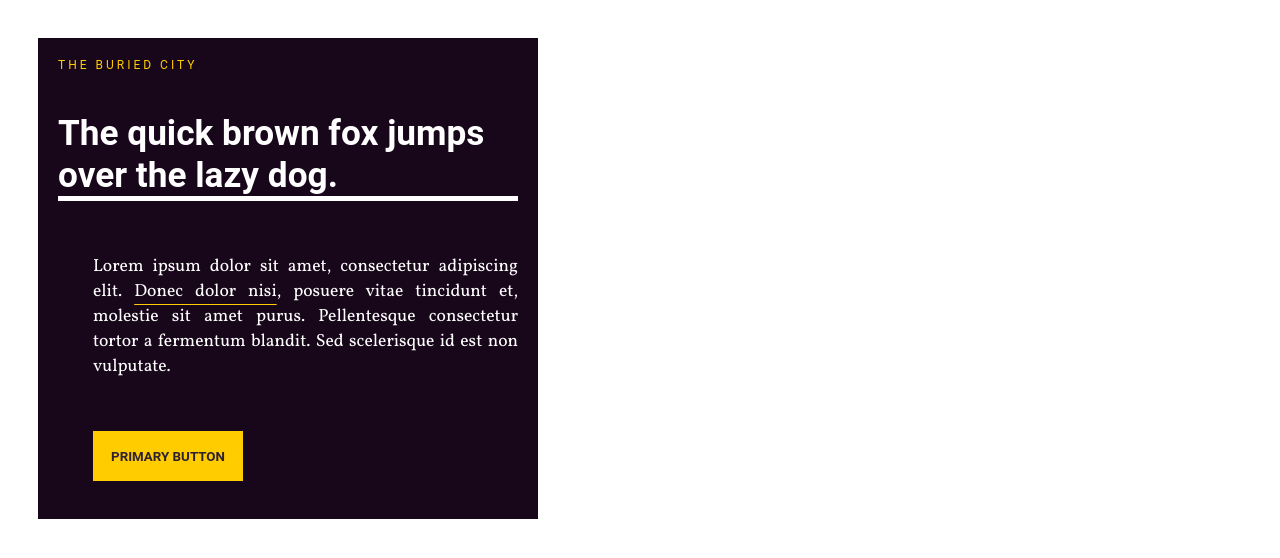
Repository: rafigabriel/TP2---Web-I
Page: ex03-css/index.html
The author's editor kept a copy of each file at every save. The page is drawn from the files as they stood at one save, then again after the next save.
The browser window is 1280 px wide. The pictures show the whole page.

Above is the page before, as saved 2024-09-09 18:17:37.

After the next save:
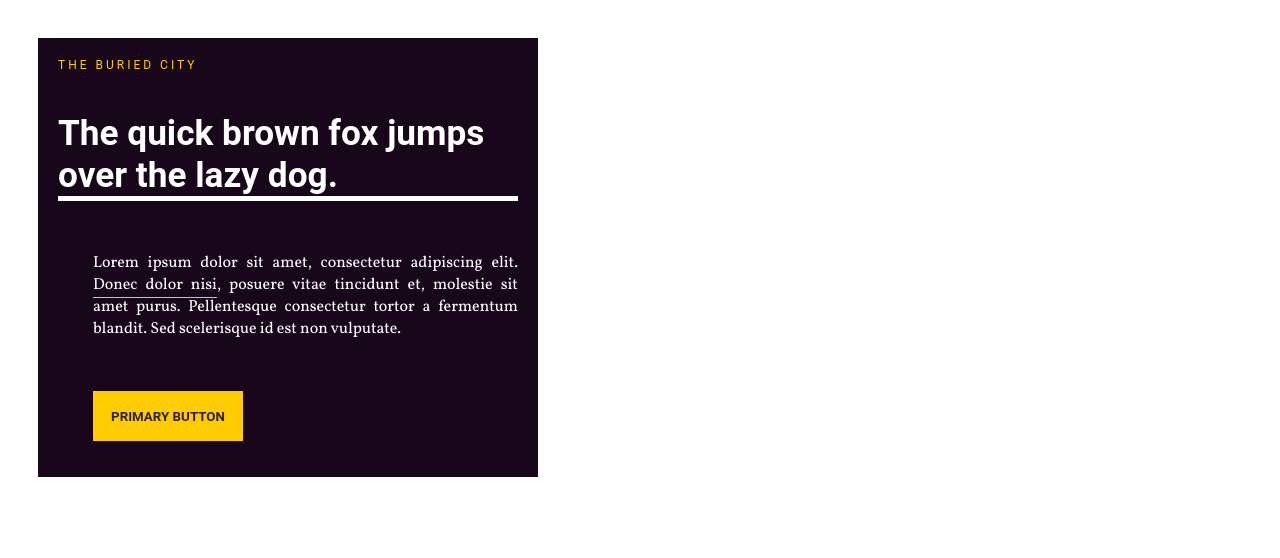
Saved 19 s later.
--- a/ex03-css/style.css
+++ b/ex03-css/style.css
@@ -27,7 +27,7 @@ p{
     font-family: "Vollkorn", serif;
     font-weight: 400;
     font-style: normal;
-    font-size: 1.1em;
+    font-size: 1em;
     color: white;
 }
 
